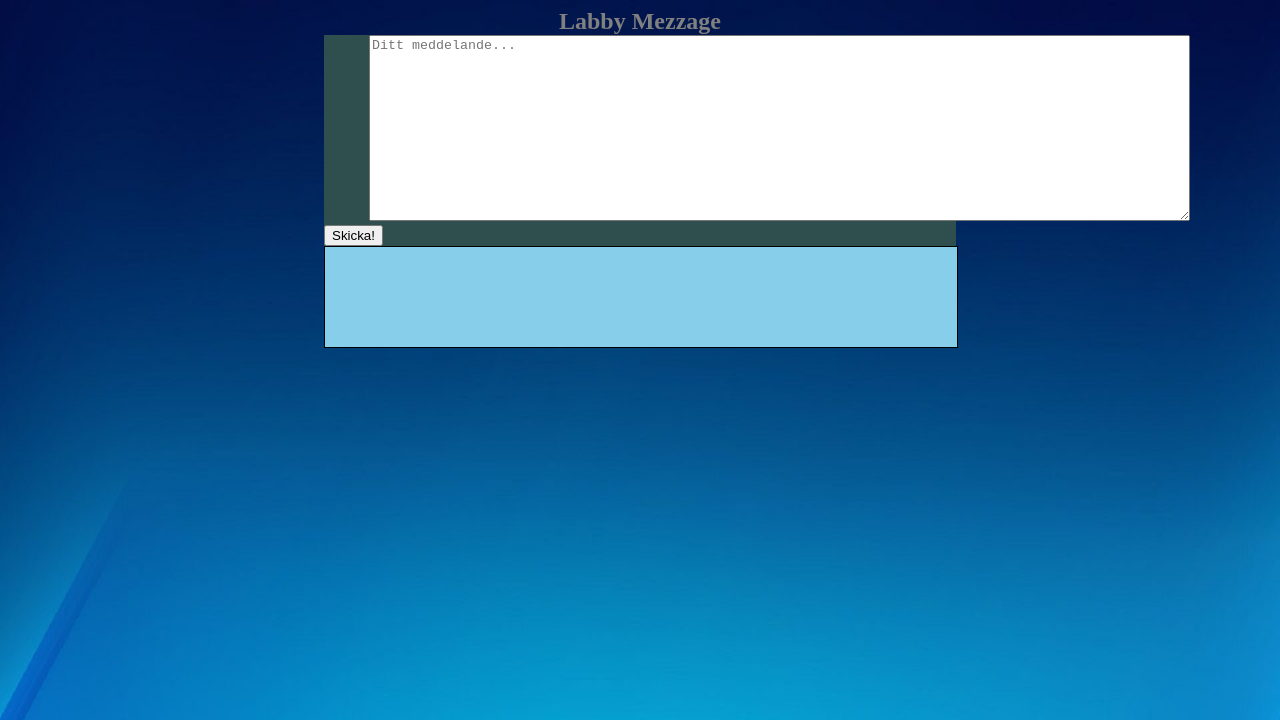
Repository: ao222qc/1dv403-laborationer
Page: 2-labbymezzage/Index.html
The author's editor kept a record of every edit. The page is drawn from the files as they stood at one moment, then again after the next edit.
The browser window is 1280 px wide. The pictures show the whole page.

Above is the page before.
Console error: SyntaxError: Unexpected token ','

### 2-labbymezzage/Index.html
<!DOCTYPE html>

<html>
        <head>
                <meta charset="UTF-8" />
                <title>Lab2 - Labby Mezzage</title>
                <link rel="stylesheet" type="text/css" href="style.css" />
        </head>
        <body>
            <header>Labby Mezzage</header>
            <main>


    	    	<div id="numberOfMessages"></div>
    	    	<textarea id="textarea" rows="12" cols="100" placeholder="Ditt meddelande..."></textarea>


    	    	<input id="button" type="submit" value="Skicka!" />
    	    	<div id="messagearea"</div>

        		</form>

            </main>
            <script type="text/javascript" src="Message.js"></script>
            <script type="text/javascript" src="messageboard.js"></script>
        </body>
</html>

### 2-labbymezzage/style.css
main
{
    background-color: #2F4F4F;
    width:50%;
    display:block;
    margin-left:auto;
    margin-right:auto;
}
body
{
    background-image: url("background.jpg");
    background-size:100% 1500px;
    background-repeat:no-repeat;
}
header
{
    color:Gray;
    font-weight:bold;
}


#textarea
{
    margin-left:45px;
}
header
{
    font-size:150%;
    font-weight:bold;
    text-align:center;
}
#messagearea
{
    display:flex;
    flex-direction:column-reverse;
    font-size:120%;
    background-color: #87CEEB;
    border-style:solid;
    border-width:1px;
    word-break:break-all;
    overflow-y:scroll;
    max-height:600px;
    float:left;
    min-width:100%;
    min-height:100px;

}
#messagearea p
{
    font-weight:normal;
    font-size:50%;
    text-align:right;
}

h7
{
    float:left;
    position:relative;
    bottom:45px;
    left:5px;
}

#dustbin
{
    position:relative;
    left:760px;
    top:25px;
    height:25px;
    width:25px;
}
#clock
{
    position:relative;
    left:790px;
    height:25px;
    width:25px;
}

### 2-labbymezzage/Message.js
function Message(message, date)
{
    this.getText = function(){
        return message;
    };

    this.setText = function(_text){
        message = _text;
    };

    this.getDate = function(){
        return date;
    };
        this.setDate = function(_date){
            date = _date;
        };
}

Message.prototype.toString = function(){
    return this.getText()+" ("+this.getDate()+")";
};
Message.prototype.getHTMLText = function(){
    return this.getText().replace(/[\n\r]/g, "<br />");

};
Message.prototype.getDateText = function(){

        var Hour = this.getDate().getHours();
var Minutes = this.getDate().getMinutes();
var Seconds = this.getDate().getSeconds();
if (Minutes < 10)
{
Minutes = "0"+Minutes;
}
if (Seconds < 10)
{
Seconds = "0"+Seconds;
}

return +Hour+":"+Minutes+":"+Seconds;




};

### 2-labbymezzage/messageboard.js
"use strict";

var MessageBoard = {

    messages: [],
    amountOfMessages: 0,
    init:function()
    {
        var button = document.getElementById("button");

        button.onclick = MessageBoard.sendMessage;

        var entersend = document.getElementById("textarea");
        entersend.onkeypress=function(e){if (e.keyCode == 13 && !e.shiftKey)
                {
                e.preventDefault();
                MessageBoard.sendMessage();
                }
    };

    },
    sendMessage:function()
    {
    var textInput = document.getElementById("textarea").value;

    MessageBoard.messages.push(new Message(textInput, new Date()));

    MessageBoard.amountOfMessages++;

    document.getElementById("numberOfMessages").innerHTML = "Antal Meddelanden: " + MessageBoard.amountOfMessages;


    var input = MessageBoard.messages.length-1;


    MessageBoard.renderMessage(input);
    },

    renderMessage:function(input)
    {

        var text = document.createElement("h7");
        text.innerHTML = MessageBoard.messages[input].getHTMLText();
        messagearea.appendChild(text);

        var time = document.createElement("p");
        time.innerHTML = MessageBoard.messages[input].getDateText();
        messagearea.appendChild(time);

        var clock = document.createElement('img');
        clock.src = 'CLOCK.jpg';
        clock.id = 'clock';
        messagearea.appendChild(clock);

        var dustbin = document.createElement('img');
        dustbin.src = 'dustbin.jpg';
        dustbin.id = 'dustbin';
        messagearea.appendChild(dustbin);

       dustbin.onclick = function(e)
       {
           if (confirm("radera meddelandet?"))
           {
           MessageBoard.numberOfMessages = MessageBoard.numberOfMessages -1;
           text.parentNode.removeChild(text);
           clock.parentNode.removeChild(clock);
           dustbin.parentNode.removeChild(dustbin);
           time.parentNode.removeChild(time);
           MessageBoard.amountOfMessages -= 1;
           document.getElementById("numberOfMessages").innerHTML = "Antal meddelanden: " + MessageBoard.amountOfMessages;
       },

       clock.onclick = function(e)
       {
           alert(MessageBoard.messages[input].getDate());
       };

    },

    renderMessages:function()
    {
        for (var i = 0; i > MessageBoard.messages.length; i++)
        {
         MessageBoard.renderMessage(i);
        }

    }




};




window.onload = MessageBoard.init;


//var value = document.getElementById("textarea").value;
//document.getElementById("button").onclick = function(){
  //  alert("HEJ");

//};
/*   var text2 = document.createElement("p");
        text.innerHTML = MessageBoard.messages[input].getDateText();
        timearea.appendChild(text2);*/

After the next edit:
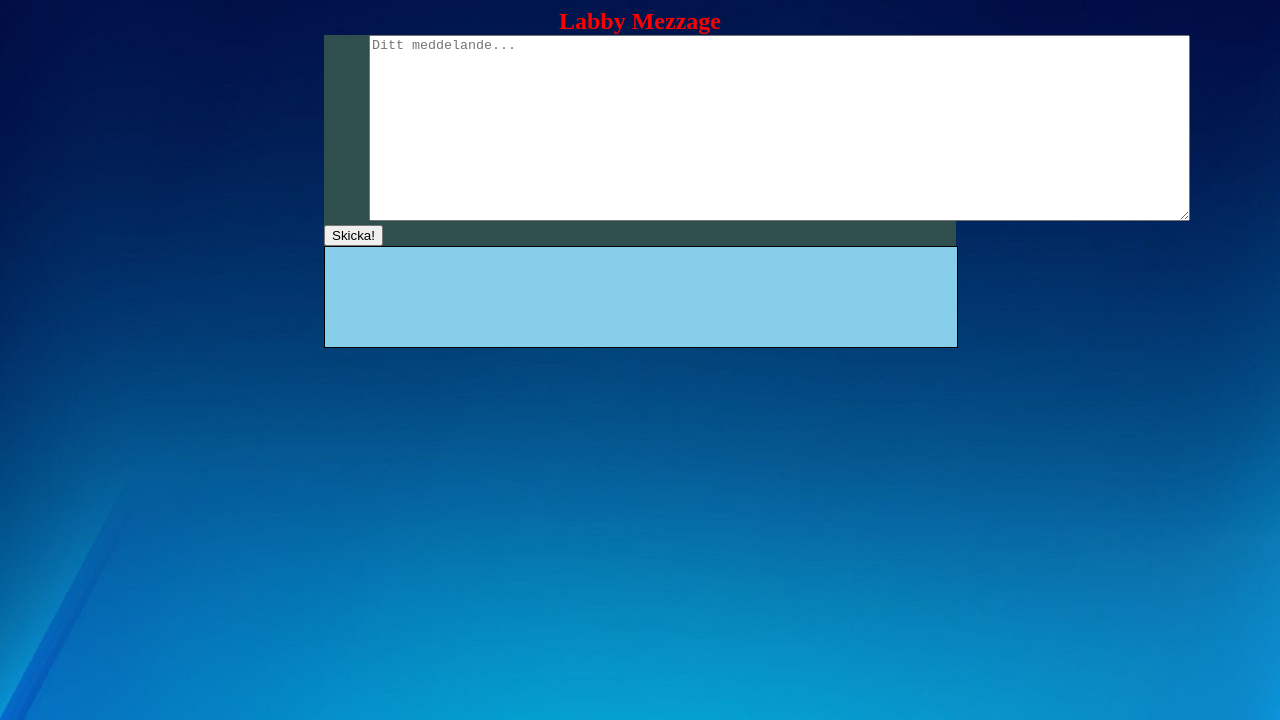
The edit:
--- a/2-labbymezzage/style.css
+++ b/2-labbymezzage/style.css
@@ -14,7 +14,7 @@
 }
 header
 {
-    color:Gray;
+    color:Red;
     font-weight:bold;
 }
 
